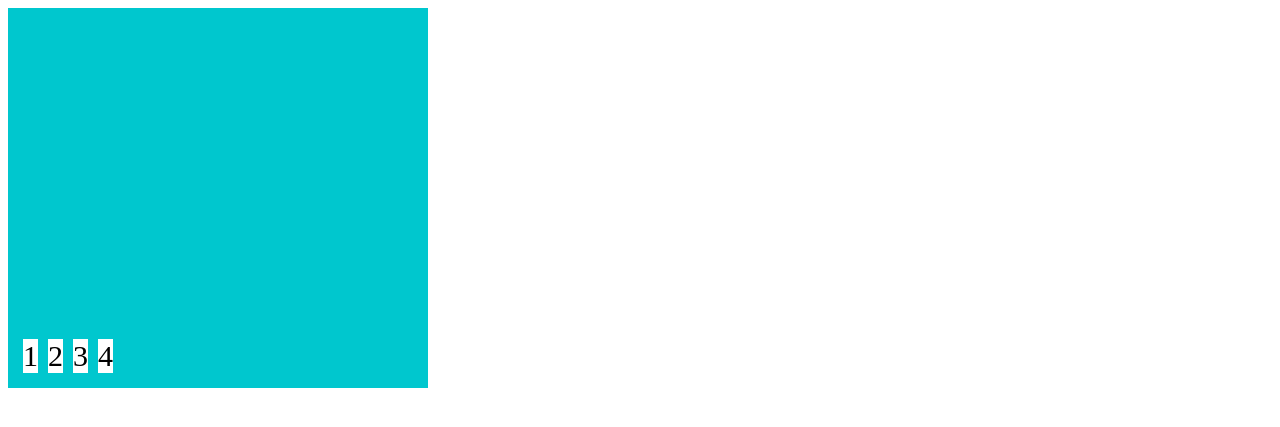
Repository: yuu2310/dmm-webcamp
Page: flex/flex.html
The author's editor kept a record of every edit. The page is drawn from the files as they stood at one moment, then again after the next edit.
The browser window is 1280 px wide. The pictures show the whole page.

Above is the page before.

After the next edit:
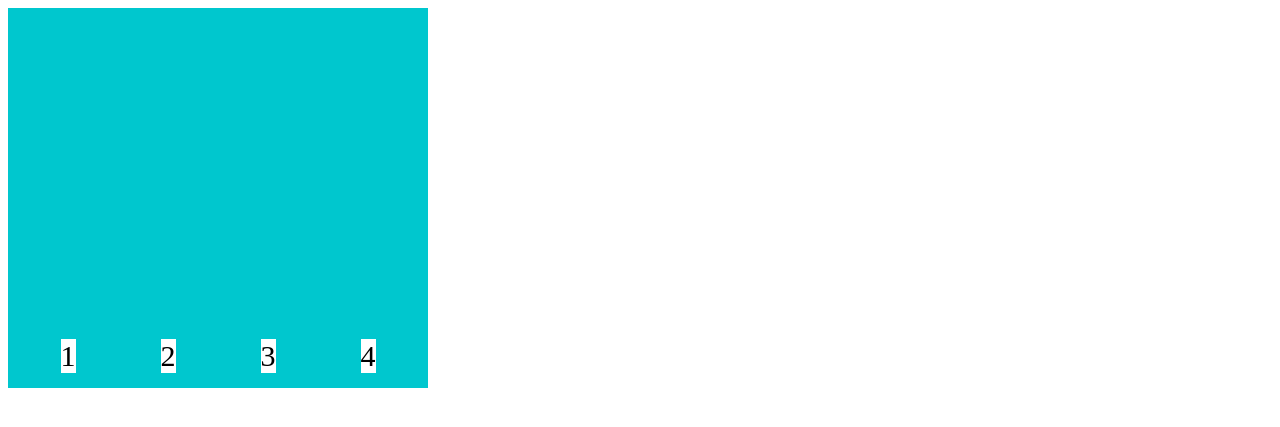
The edit:
--- a/flex/style.css
+++ b/flex/style.css
@@ -4,7 +4,7 @@
   height: 50vh;
   padding: 10px;
   display: flex;
-  /*justify-content: space-around;*/
+  justify-content: space-around;
   align-items: baseline;
   flex-wrap: wrap;
   align-content: flex-end;
